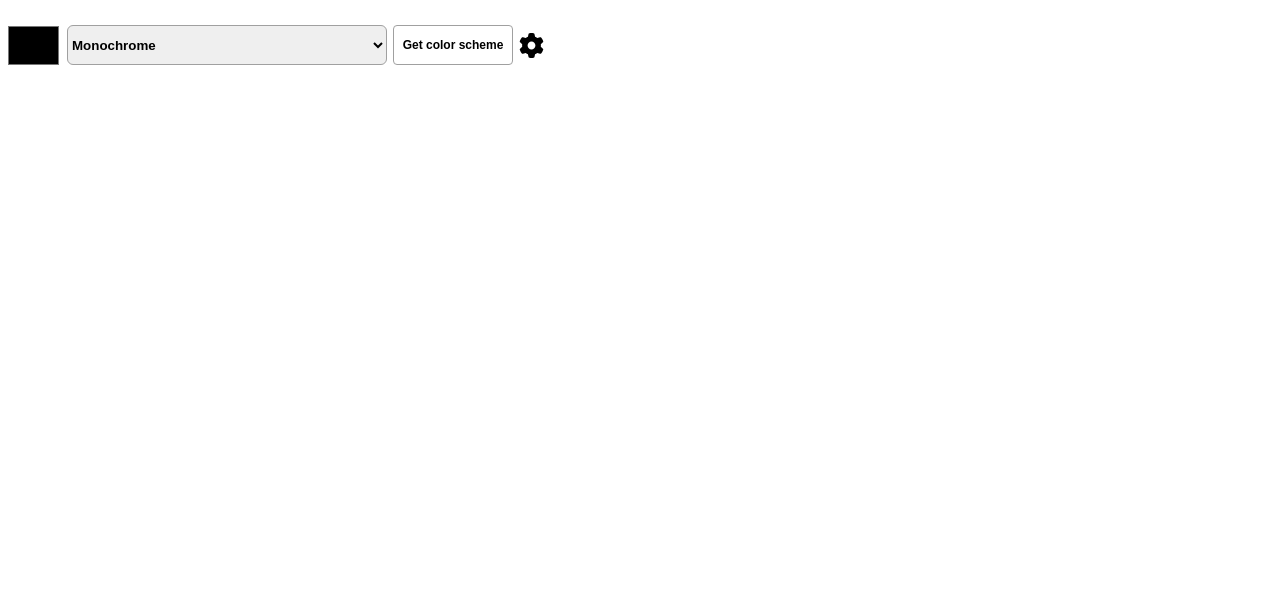
Repository: RadziSzop/colorPicker
Page: index.html
These files come from the project's save history. The page is drawn as it stood at one moment and after the next save; the edit follows.
The browser window is 1280 px wide. The pictures show the whole page.

Above is the page before, as saved 2022-03-04 23:14:33.

After the next save:
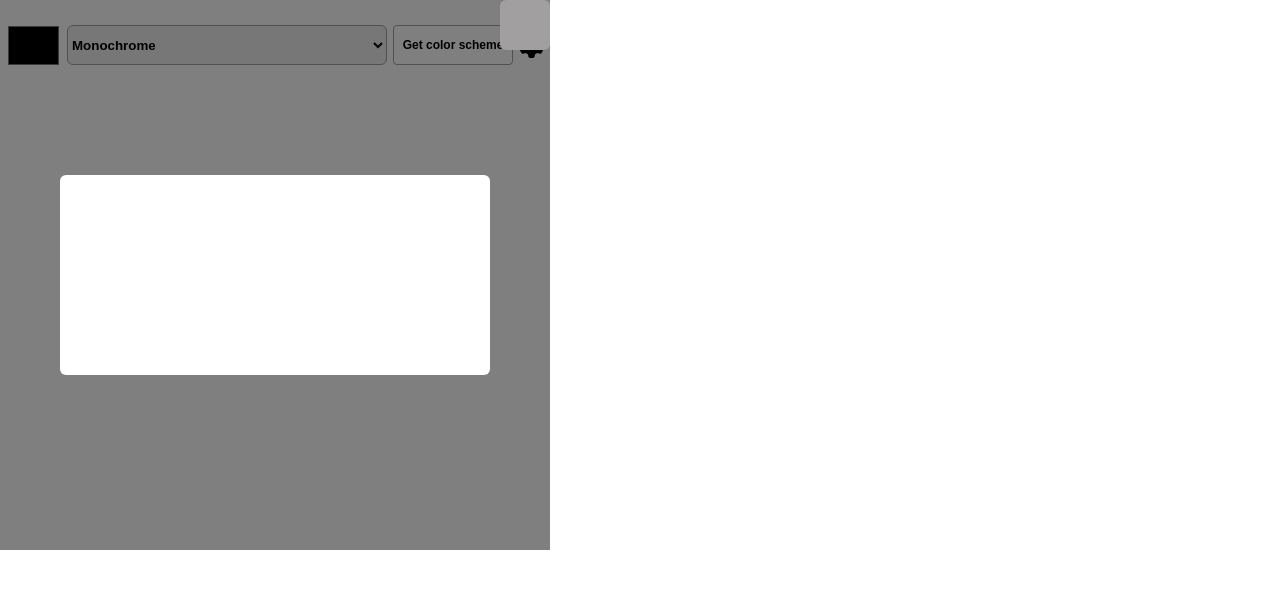
Saved 53 s later.
--- a/main.js
+++ b/main.js
@@ -15,19 +15,20 @@
 let modalEl = document.querySelector(".modal")
 let testEl = document.querySelector("#test")
 let closeBtnEl = document.querySelector(".closeBtn")
+let gearEl = document.querySelector(".gear")
 let apiData
 //     chrome.storage.sync.get('foo', function(items) {
 //         testEl.textContent =  JSON.stringify(items);
 //       });
 
 
-
+modalEl.style.display = "flex"
 submitBtnEl.addEventListener("click", getingColors)
 
 function getingColors(){
     let color = colorPicerEl.value.slice(1)
     let type = menuEl.value.toLowerCase()
-    modalEl.style.display = "flex"
+
     // chrome.storage.sync.set({'foo': color}, function() {
     //     console.log('Settings saved');
     //   });

After the 2 saves that followed:
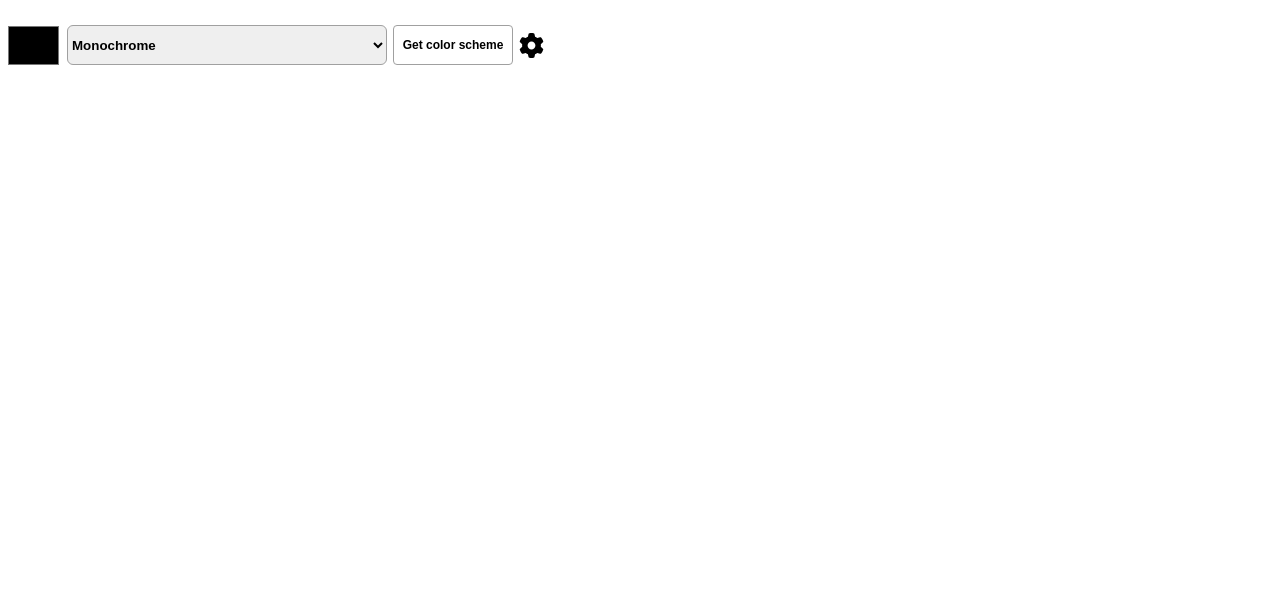
Console error: TypeError: Cannot read properties of null (reading 'style')
The 2 saves are shown as one change because 1 left the picture as it was.
The last was saved 2 min 44 s later.
--- a/index.html
+++ b/index.html
@@ -16,10 +16,10 @@
   <body>
     <!-- <p id="test">ok</p> -->
     <div class="container">
-      <div class="modal">
+      <!-- <div class="modal">
         <div class="closeBtn"></div>
         <div class="settings"></div>
-      </div>
+      </div> -->
       <div class="main">
         <input type="color" id="color-picker" />
         <select id="menu">
--- a/main.js
+++ b/main.js
@@ -51,6 +51,10 @@
         valueEl5.textContent = apiData.colors[4].hex.clean
     })
 }
+gearEl.addEventListener("click", function(){
+    modalEl.style.display = "flex"
+})
+
 closeBtnEl.addEventListener("click", function(){
     modalEl.style.display = "none"
 })
